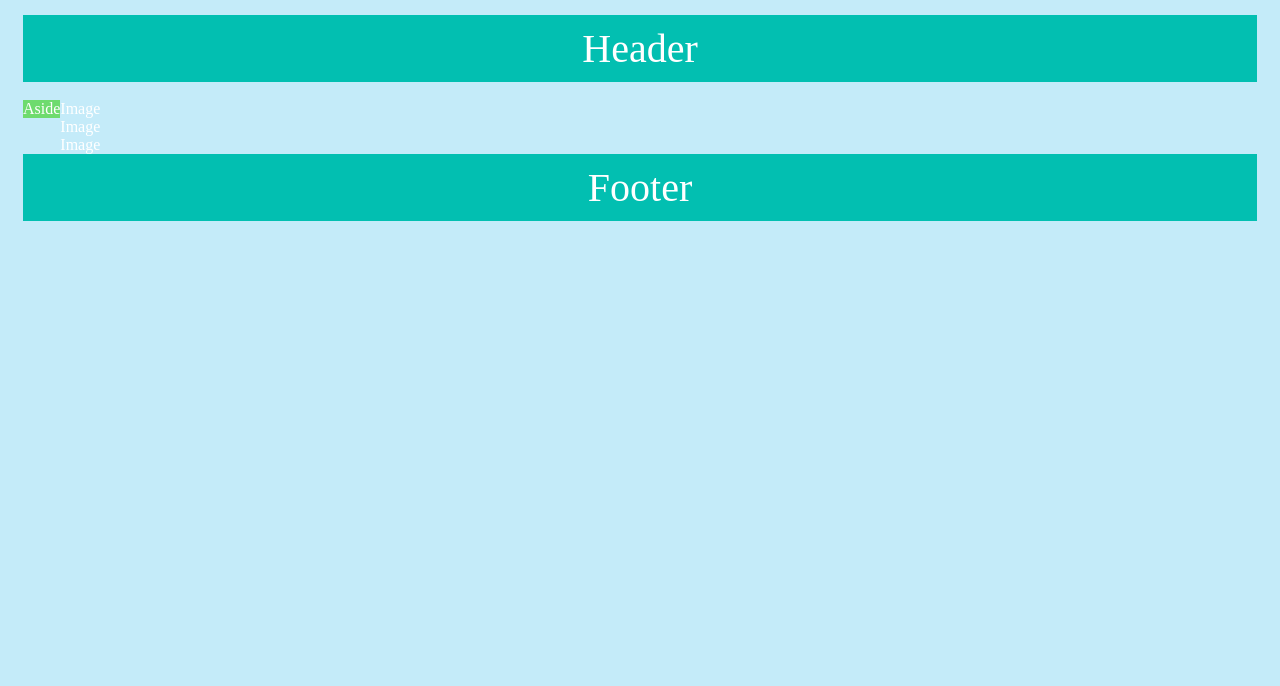
Repository: huyennvo/CSS
Page: flex-css-example/index.html
The author's editor kept a copy of each file at every save. The page is drawn from the files as they stood at one save, then again after the next save.
The browser window is 1280 px wide. The pictures show the whole page.

Above is the page before, as saved 2022-07-18 10:44:41.

### flex-css-example/index.html
<!DOCTYPE html>
<html lang="en">
<head>
    <meta charset="UTF-8">
    <meta http-equiv="X-UA-Compatible" content="IE=edge">
    <meta name="viewport" content="width=device-width, initial-scale=1.0">
    <title>Flexbox example</title>
    <link rel="stylesheet" href="./index.css">
</head>
<body>
    <div class="container">
        <div class="header">
            Header
        </div>
        <br>
        <div class="body">
            <div class="body-left">Aside</div>
            <div class="body-right">
                <div class="item1">Image</div>
                <div class="item2">Image</div>
                <div class="item3">Image</div>
            </div>
        </div>
        <div class="footer">
            <footer>Footer</footer>
        </div>
    </div>
</body>
</html>

### flex-css-example/index.css
html {
    background-color: #C4EBF9;
}
 .container {
    align-content: center;
    margin: 15px;
    color: white;
}
.header {
    background-color: #02BFB1;
    text-align: center;
    font-size: 40px;
    padding: 10px;
}

.footer {
    background-color: #02BFB1;
    text-align: center;
    color: white;
    font-size: 40px;
    padding: 10px;
}

.body {
    display: flex;
    flex-direction: row;
}

.body-left {
    background-color: #6EDB6E;
    block-size: 30%;
}

After the next save:
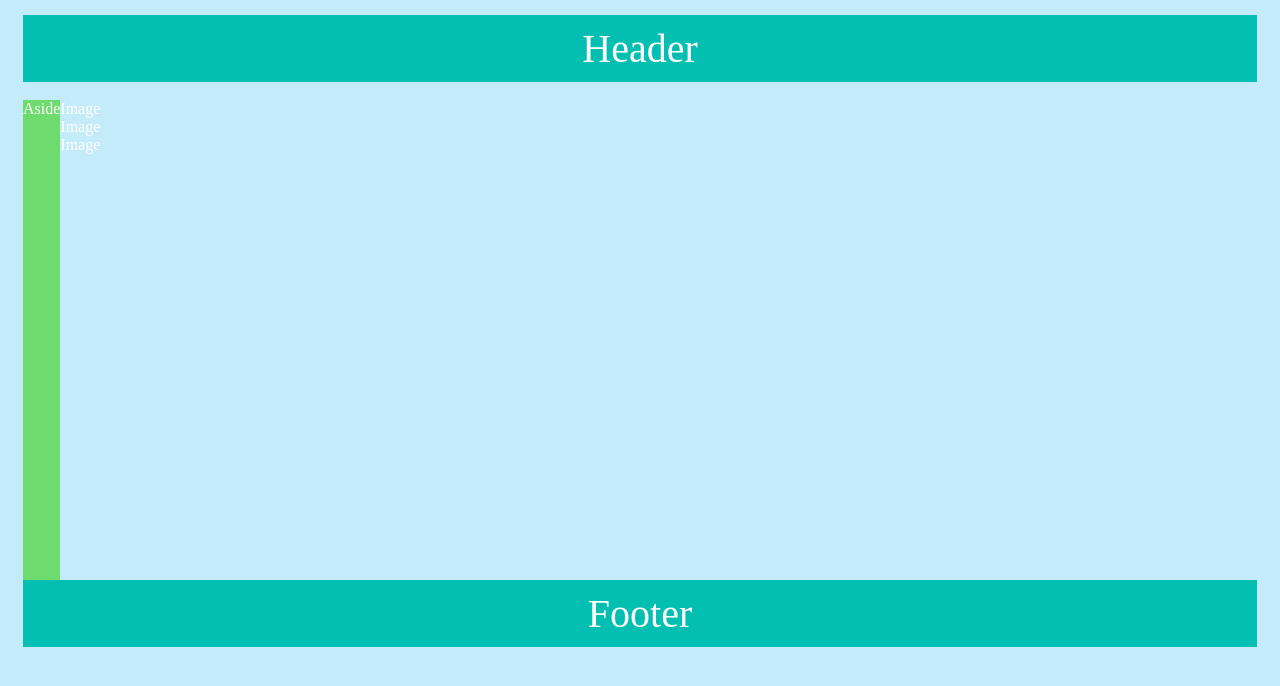
Saved 30 s later.
--- a/flex-css-example/index.css
+++ b/flex-css-example/index.css
@@ -28,5 +28,5 @@ html {
 
 .body-left {
     background-color: #6EDB6E;
-    block-size: 30%;
+    block-size: 30rem
 }

After the save that followed:
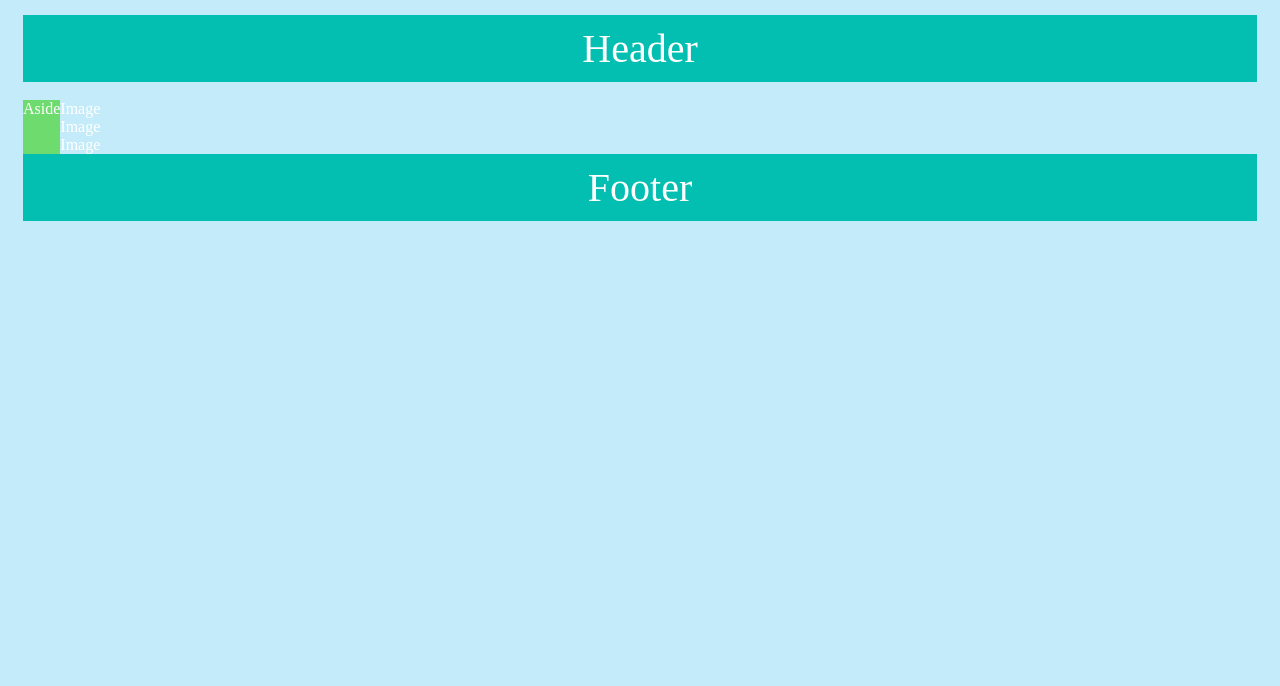
Saved 23 s later.
--- a/flex-css-example/index.css
+++ b/flex-css-example/index.css
@@ -28,5 +28,5 @@ html {
 
 .body-left {
     background-color: #6EDB6E;
-    block-size: 30rem
+    size-adjust: 30%;
 }
